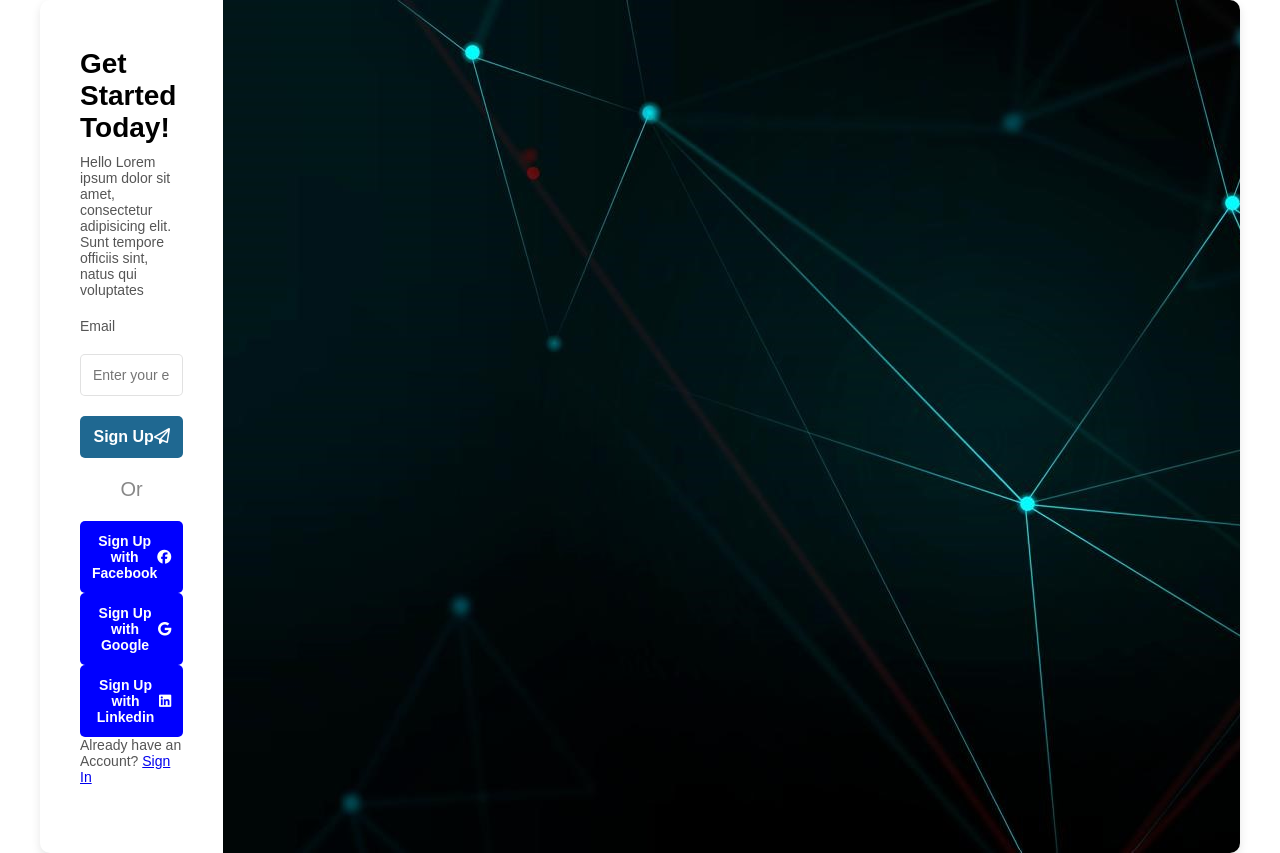
Repository: Femi007-gh/Login-V2
Page: index.html
These files come from the project's save history. The page is drawn as it stood at one moment and after the next save; the edit follows.
The browser window is 1280 px wide. The pictures show the whole page.

Above is the page before, as saved 2025-01-27 08:14:31.

After the next save:
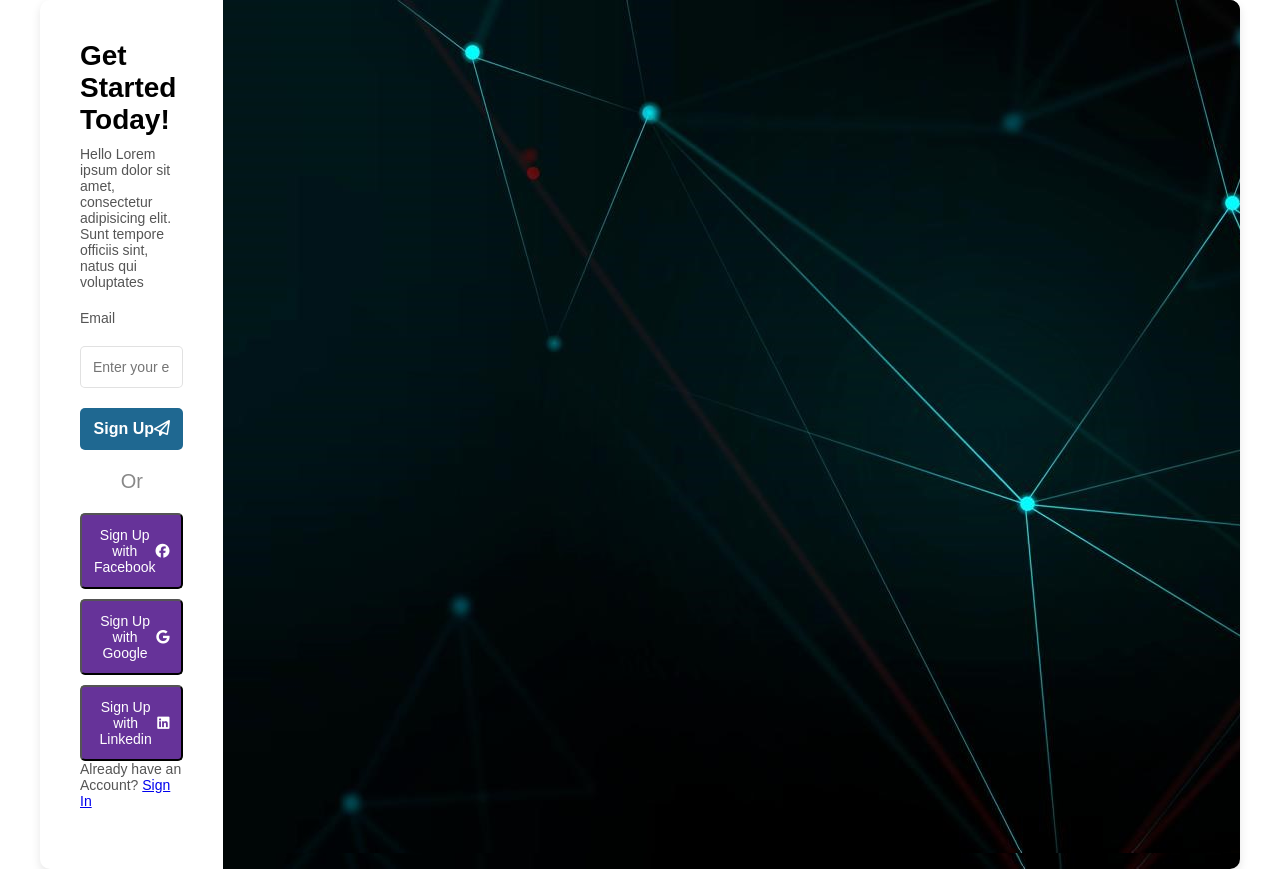
Saved 55 s later.
--- a/style.css
+++ b/style.css
@@ -1,16 +1,18 @@
-*{
-  padding: 0;
-  margin: 0;
-  box-sizing: border-box;
+* {
+   padding: 0;
+   margin: 0;
+   box-sizing: border-box;
 }
-body{
-  font-family: sans-serif;
-  background-color: #fff;
-  display: flex;
-  justify-content: center;
-  align-items: center;
+
+body {
+    font-family: sans-serif;
+    background-color: #fff;
+    display: flex;
+    justify-content: center;
+    align-items: center;
 }
-.container{
+
+.container {
   display: flex;
   max-width: 1200px;
   width: 100%;
@@ -19,34 +21,40 @@ body{
   overflow: hidden;
   box-shadow: 0 4px 10px rgba(0, 0, 0, 0.1);
 }
-.left-session{
+
+.left-session {
   flex: 1;
   padding: 40px;
   display: flex;
   justify-content: center;
   align-items: center;
 }
-h1{
+
+h1 {
   font-size: 28px;
   font-weight: bold;
   margin-bottom: 10px;
 }
-p{
+
+p {
   font-size: 14px;
   color: #555;
   margin-bottom: 20px;
 }
-.input-group{
+
+.input-group {
   margin-bottom: 20px;
 }
-.input-group input{
+
+.input-group input {
   width: 100%;
   padding: 12px;
   font-size: 14px;
   border: 1px solid #dddd;
   border-radius: 5px;
 }
-.primary-btn{
+
+.primary-btn {
   width: 100%;
   padding: 12px;
   background-color: #1F6891;
@@ -57,45 +65,47 @@ p{
   font-weight: bold;
   cursor: pointer;
 }
-.primary-btn:hover{
+
+.primary-btn:hover {
   background-color: #005a8c;
 }
-.divider{
+
+.divider {
   font-size: 20px;
   color: #888;
   margin: 20px 0;
   text-align: center;
 }
-.social-button{
+
+.social-buttons {
   display: flex;
   flex-direction: column;
   gap: 10px;
 }
-.social-btn{
+
+.social-btn {
   width: 100%;
   padding: 12px;
   font-size: 14px;
-  font-weight: bold;
-  border: none;
   border-radius: 5px;
   color: white;
   display: flex;
   align-items: center;
   justify-content: center;
-  background-color: blue;
+  background-color: rebeccapurple;
 }
-.signin-text{
+
+.signin-text {
   font-size: 15px;
   margin-top: 20px;
 }
-.signin-text a{
-  color: #0069a3;
+
+.signin-text a {
   text-decoration: none;
 }
-.signin-text a:hover{
-  text-decoration: u;
+
+.right-section {
+  flex: 1;
+  background: url(ART.jpg) no-repeat center center/cover;
+  /* clip-path: polygon(20% 0, 100% 100%, 20% 100%, 0 50%); */
 }
-.right-section{
-  flex: 1;
-  background: url(ART.jpg) no-repeat;
-}
